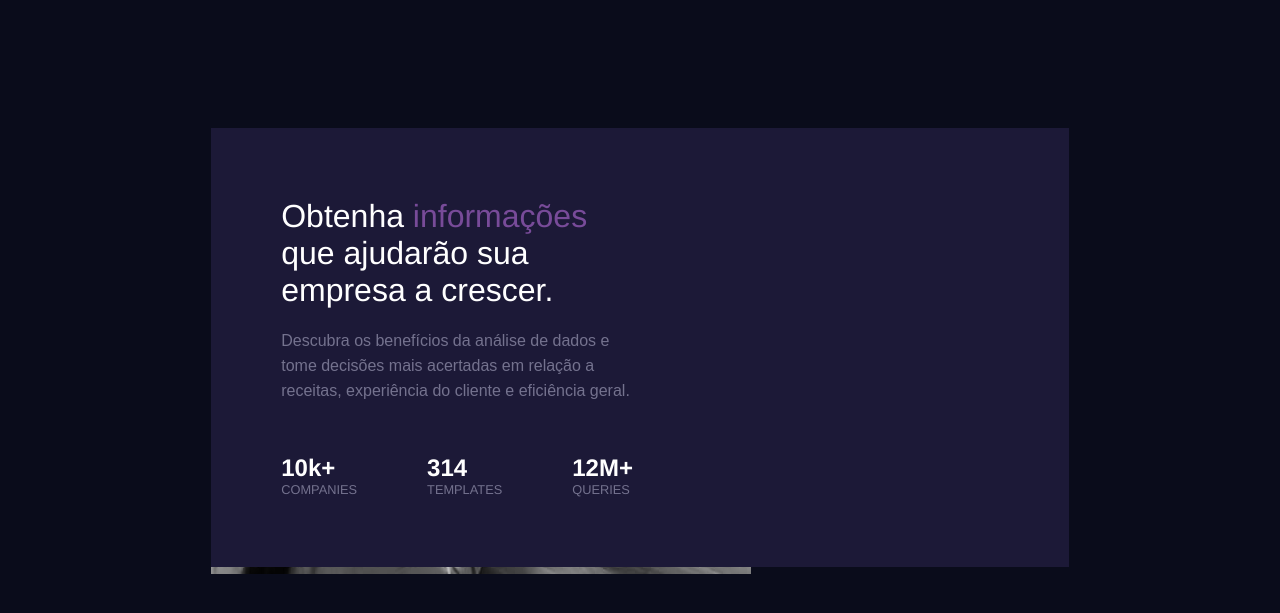
Repository: caique2512/componentes-de-estatisticas
Page: index.html
An editor plug-in stored every save of this project. The page is shown before and after the next save, followed by the edit.
The browser window is 1280 px wide. The pictures show the whole page.

Above is the page before, as saved 2026-03-03 17:52:21.

### index.html
<!DOCTYPE html>
<html lang="pt-br">
<head>
    <meta charset="UTF-8">
    <meta name="viewport" content="width=device-width, initial-scale=1.0">
    <title>Estatisticas</title>
    <link rel="stylesheet" href="src/reset.css">
    <link rel="stylesheet" href="src/estilos.css">
</head>
<body>
    <main class="conteudo">
        <div class="conteudo-principal">
            <h1 class="titulo">Obtenha <span>informações</span> que ajudarão sua empresa a crescer.</h1>
            <p class="subtitulo">Descubra os benefícios da análise de dados e tome decisões mais acertadas em relação a receitas, experiência do cliente e eficiência geral.</p>
            <ul class="estatisticas">
                <ul class="item1">
                    <li class="descricao">10k+</li>
                    <li>COMPANIES</li>
                </ul>
                <ul class="item2">
                    <li class="descricao">314</li>
                    <li>TEMPLATES</li>
                </ul>
                <ul class="item3">
                    <li class="descricao">12M+</li>
                    <li>QUERIES</li>
                </ul>
            </ul>
        </div>
        <picture class="img">
            <img src="./images/image-header-desktop.jpg" alt="Mulheres no escritório">
        </picture>
    </main>
</body>
</html>

### src/estilos.css
body {
    background-color: #0A0C1B;
}

.conteudo {
    background-color: #1C1937;
    display: flex;
    max-width: calc(100% - 33%);
    margin: 0 auto;
    margin-top: 10%;
}

.conteudo-principal {
    padding: 70px;
    width: 500px;
}

.conteudo-principal .titulo {
    color: white;
    font-weight: 100;
    font-family: 'Franklin Gothic Medium', 'Arial Narrow', Arial, sans-serif;
    margin-bottom: 20px;
}

.conteudo-principal .titulo span {
    color: #784B99;
}

.conteudo-principal .subtitulo {
    color: #74728e;
    font-family: Arial, Helvetica, sans-serif;
    line-height: 1.56rem;
}

.conteudo-principal .estatisticas {
    display: flex;
    gap: 70px;
    margin-top: 50px;
}

.conteudo-principal .estatisticas .descricao {
    color: white;
    list-style: none;
    font-size: 1.5rem;
    font-weight: 600;
    font-family: 'Franklin Gothic Medium', 'Arial Narrow', Arial, sans-serif;
}

.conteudo-principal .estatisticas li {
    color: #74728e;
    font-family: 'Franklin Gothic Medium', 'Arial Narrow', Arial, sans-serif;
    font-size: 0.8rem;
    list-style: none;
}

.conteudo .img img {
    width: 100%;
    height: 100%;
    position: relative;
}

.conteudo .img {
    position: absolute;
    z-index: -99;
}

Loaded but not shown: src/reset.css (common file)

After the next save:
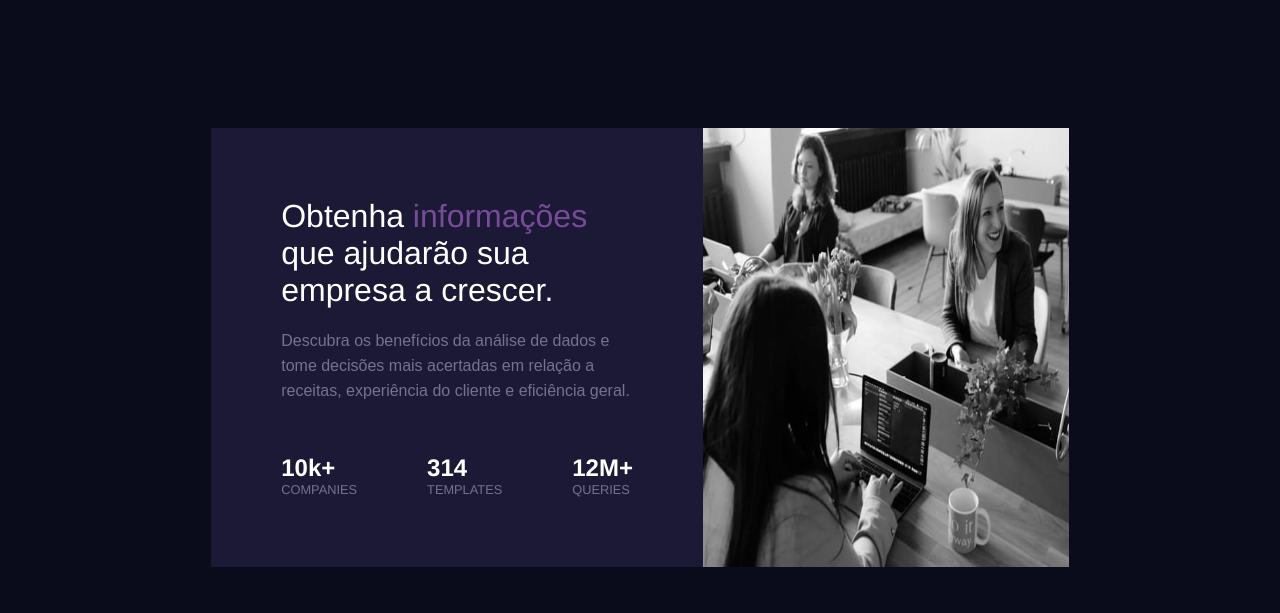
Saved 17 s later.
--- a/src/estilos.css
+++ b/src/estilos.css
@@ -58,8 +58,3 @@ body {
     height: 100%;
     position: relative;
 }
-
-.conteudo .img {
-    position: absolute;
-    z-index: -99;
-}
